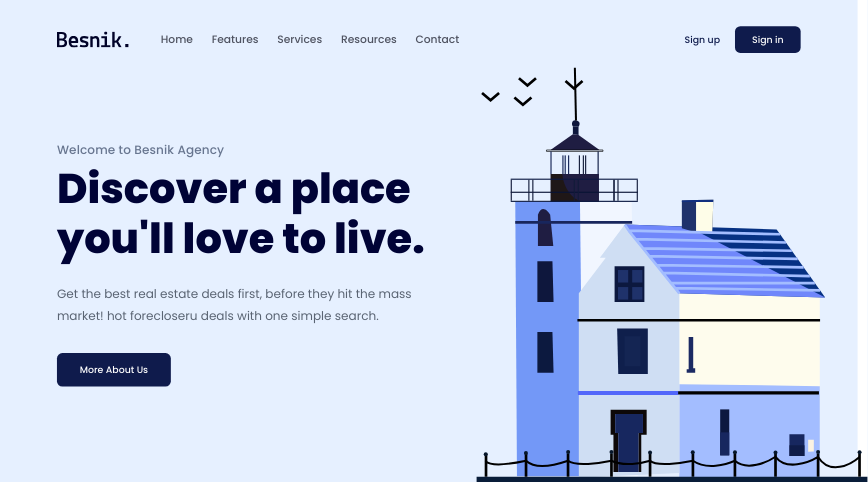
Repository: datvu1608/dv-htmlcss-01
Page: index.html
The author's editor kept a copy of each file at every save. The page is drawn from the files as they stood at one save, then again after the next save.
The browser window is 1280 px wide. The page is 1295 px wide, so the pictures cover 1295 px, including what lies to the right of the window. The pictures show the whole page, at 67% of full size.

Above is the page before, as saved 2023-06-02 09:37:37.

After the next save:
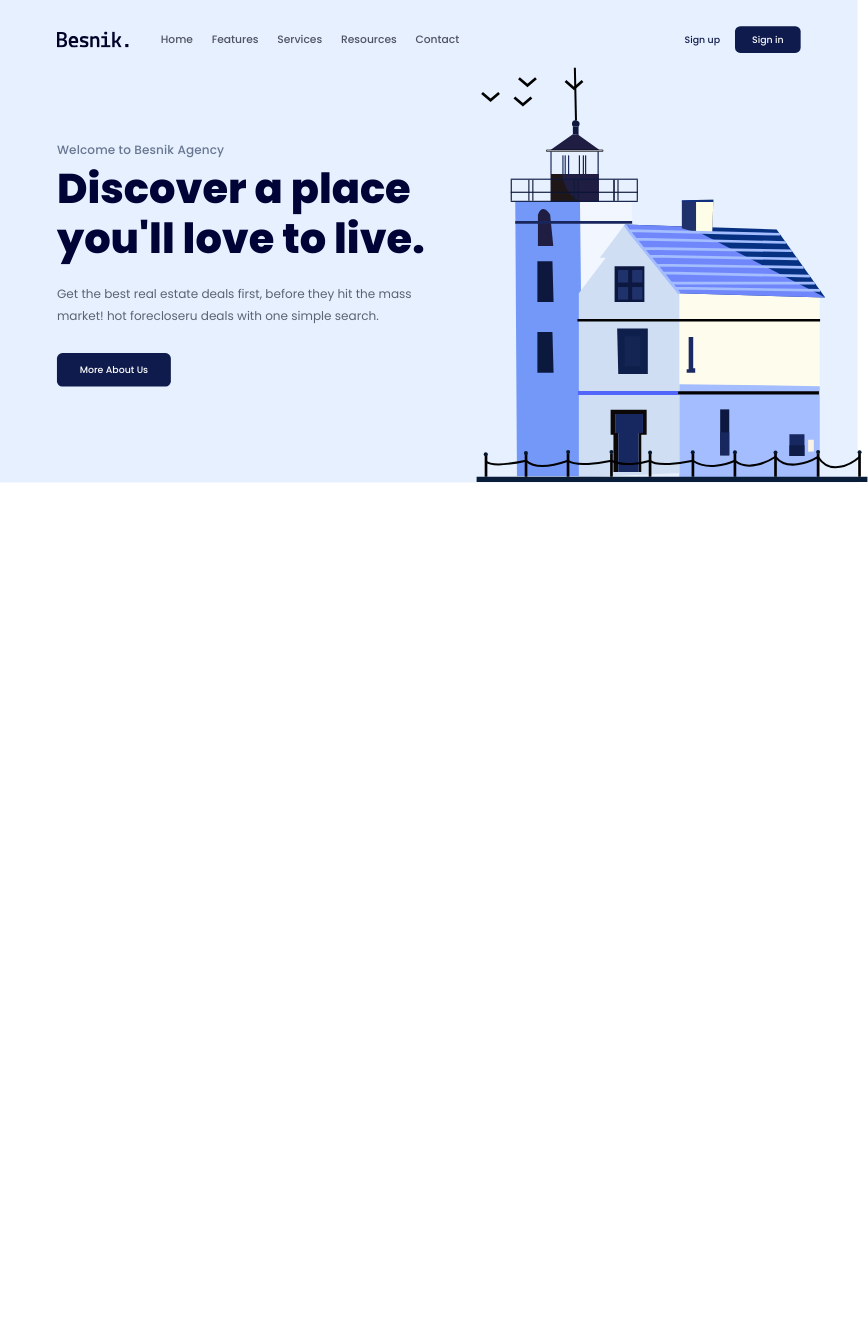
Saved 16 s later.
--- a/index.html
+++ b/index.html
@@ -10,9 +10,9 @@
     <link rel="stylesheet" href="./assets/css/style.css" />
   </head>
   <body>
-    <main>
+    <main style="height: 2000px">
       <!-- Header -->
-      <header class="header" he>
+      <header class="header">
         <div class="content">
           <nav class="navbar">
             <!-- logo -->
